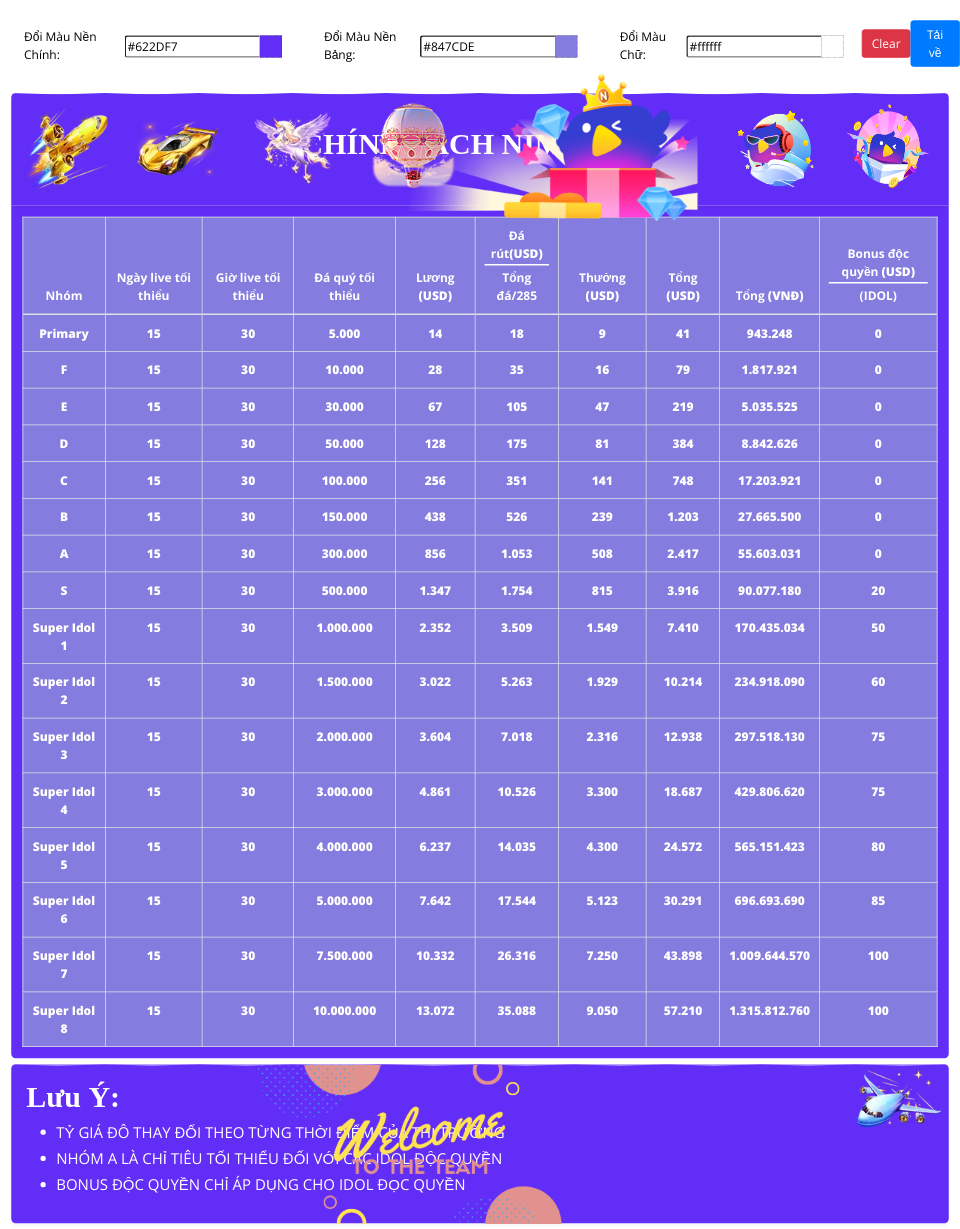
Repository: dav1601/nimo-work
Page: index.html
These files come from the project's save history. The page is drawn as it stood at one moment and after the next save; the edit follows.
The browser window is 1280 px wide. The pictures show the whole page, at 75% of full size.

Above is the page before, as saved 2022-04-15 15:11:14.

After the next save:
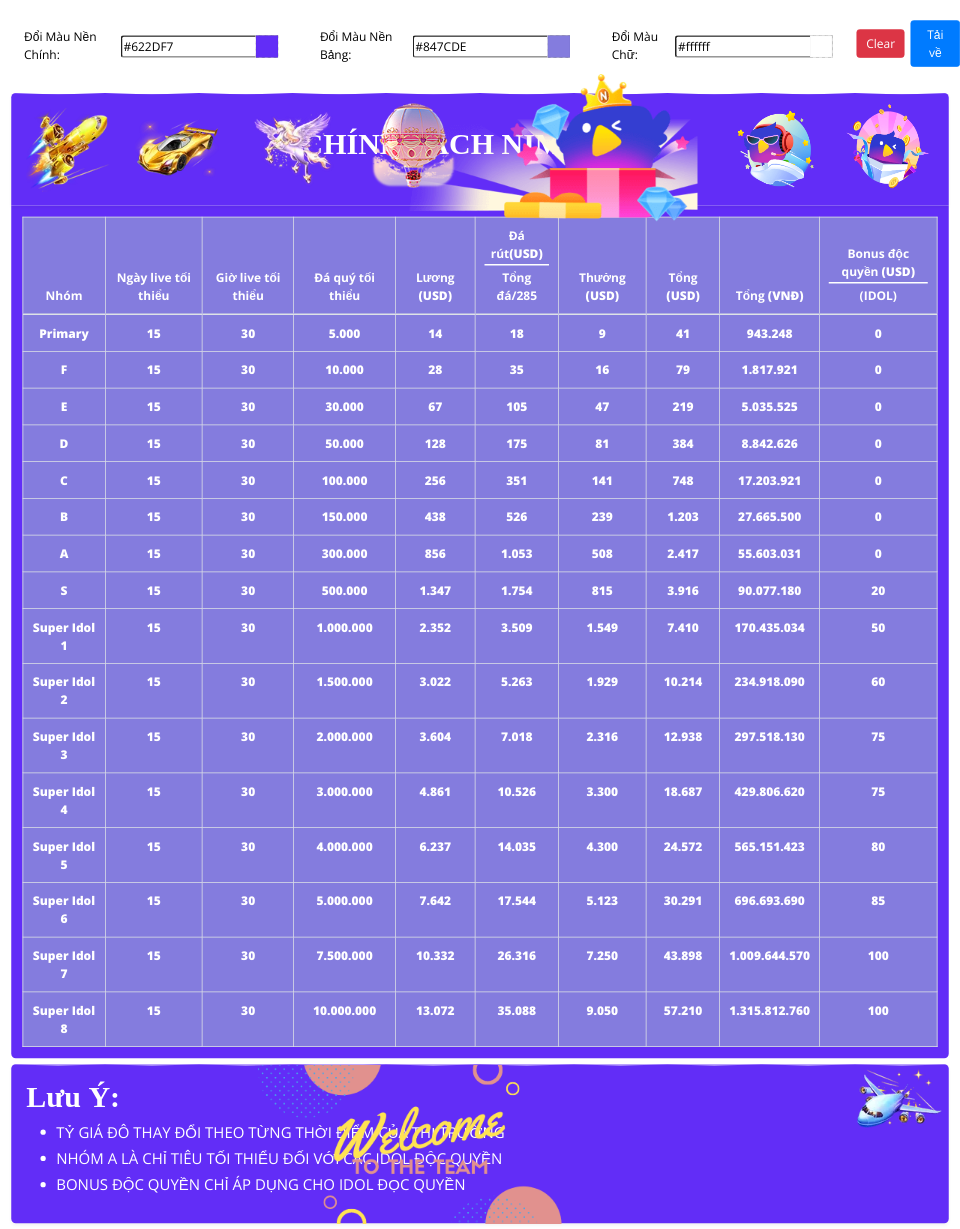
Saved 7 s later.
--- a/index.html
+++ b/index.html
@@ -231,7 +231,7 @@
                 <label for="3" class="mx-2 d-block mt-1">Đổi Màu Chữ:</label>
                 <input type="text" id="color-3" class="coloris" value="" />
             </div>
-            <button type="button" class="btn btn-danger" id="clear">Clear</button>
+            <button type="button" class="btn btn-danger mx-2" id="clear">Clear</button>
             <button type="button" class="btn btn-primary" id="down">Tải về</button>
         </div>
         <div class="container-fluid py-2" id="export">
